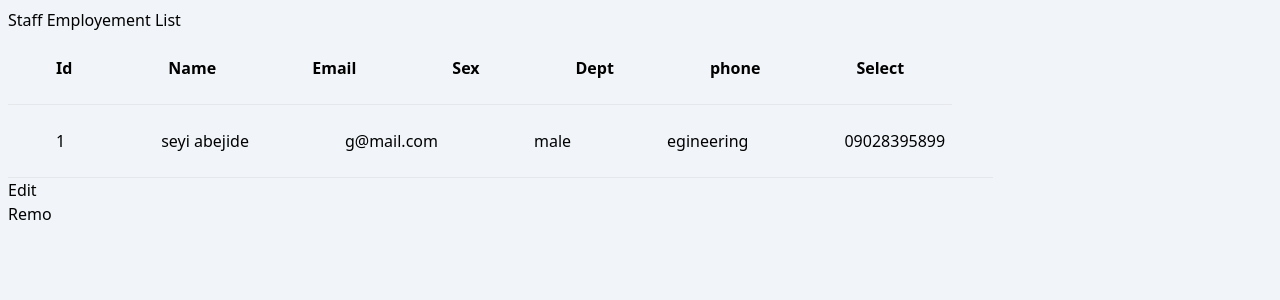
Repository: Semanmernstack/crud
Page: /
These files come from the project's save history. The page is drawn as it stood at one moment and after the next save; the edit follows.
The browser window is 1280 px wide. The pictures show the whole page.
The project was rebuilt for these pictures with package versions that can differ from the ones it lists, and the page was loaded fresh each time. Requests to the local data server were answered from the project's data file. Also part of the build but not shown: src/Details.js, src/Create.js, src/Edit.js.

Above is the page before, as saved 2022-12-24 00:48:41.

### src/App.js
import List from "./List";
import {
  BrowserRouter,
  Routes,
  Route,

} from "react-router-dom";
import Details from "./Details";
import Create from "./Create";
import Edit from "./Edit";



function App() {
  return (
    <div className="bg-slate-100 h-screen">
      <BrowserRouter>

      <Routes>
        <Route path="/" element={<List/>}> </Route>
        <Route path="/employee/create" element={<Create/>}> </Route>
        <Route path="/employee/details/:empid" element={<Details/>}> </Route>
        <Route path="/employee/edit/:empid" element={<Edit/>}> </Route>
      </Routes>
      </BrowserRouter>

    </div>
  );
}

export default App;

### src/List.js

import React, { useEffect, useState } from 'react'

function List() {
    const [records, setRecords] = useState("")

    useEffect(() => {
        fetch("http://localhost:8000/employee").then((res) => {
            return res.json()
        }).then((resp) => {
            console.log(resp)
            setRecords(resp)

        })

    }, [])
  return (
    <div className="overflow-x-hidden lg:max-w-7xl mx-auto  p-2 items-center   ">

        <p>Staff Employement List</p>


        <table className="  w-[100%]  border-1  flex flex-col " >

            <thead>
                <tr className="border-b">
                    <th scope='col' className=" lg:py-6 lg:px-12 py-3 px-6">Id</th>
                    <th scope='col' className=" lg:py-6 lg:px-12 py-3 px-6">Name</th>
                    <th scope='col' className=" lg:py-6 lg:px-12 py-3 px-6">Email</th>
                    <th scope='col' className=" lg:py-6 lg:px-12 py-3 px-6">Sex</th>
                    <th scope='col' className=" lg:py-6 lg:px-12 py-3 px-6">Dept</th>
                    <th scope='col' className=" lg:py-6 lg:px-12 py-3 px-6">phone</th>
                    <th scope='col' className=' lg:py-6 lg:px-12 py-3 px-6'>Select</th>

                </tr>
            </thead>
            <tbody>
                {
                    records &&
                    records.map((record) => (
                    <tr className="border-b" key={record.id}>
                        <td className=" lg:py-6 lg:px-12 py-3 px-6">{record.id}</td>
                        <td className=" lg:py-6 lg:px-12 py-3 px-6" >{record.name}</td>
                        <td className=" lg:py-6 lg:px-12 py-3 px-6">{record.email}</td>
                        <td className=" lg:py-6 lg:px-12 py-3 px-6">{record.sex}</td>
                        <td className=" lg:py-6 lg:px-12 py-3 px-6">{record.dept}</td>
                        <td className=" lg:py-6 lg:px-12 py-3 px-6">{record.phone}</td>
                    </tr>
                    ))
                }

            </tbody>

        </table>

        <div>
            <p>Edit</p>
            <p>Remo</p>
        </div>


    </div>
  )
}

export default List

### db.json
{
  "employee": [
    {
      "id": 1,
      "name": "seyi abejide",
      "email": "g@mail.com",
      "phone": "09028395899",
      "dept": "egineering",
      "sex": "male"

    }
  ]

}

Loaded but not shown: public/index.html (common file); src/index.js (common file); src/index.css (common file); src/reportWebVitals.js (common file); tailwind.config.js (common file)

After the next save:
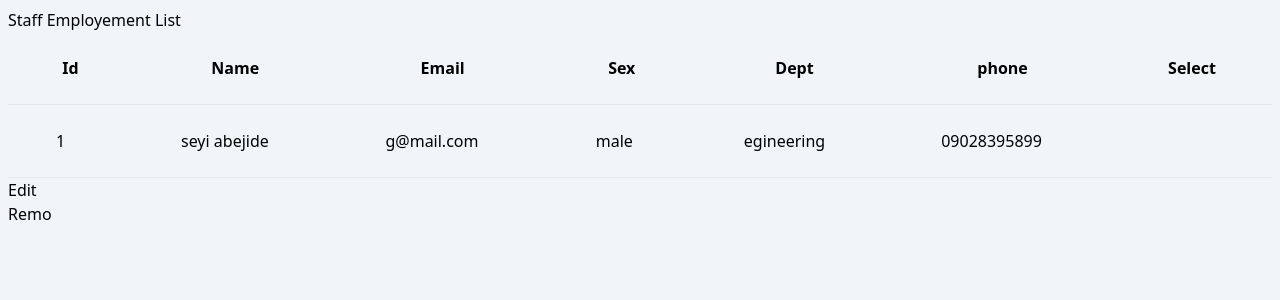
Saved 7 s later.
--- a/src/List.js
+++ b/src/List.js
@@ -20,7 +20,7 @@ function List() {
         <p>Staff Employement List</p>
 
 
-        <table className="  w-[100%]  border-1  flex flex-col " >
+        <table className="  w-[100%]   " >
 
             <thead>
                 <tr className="border-b">
